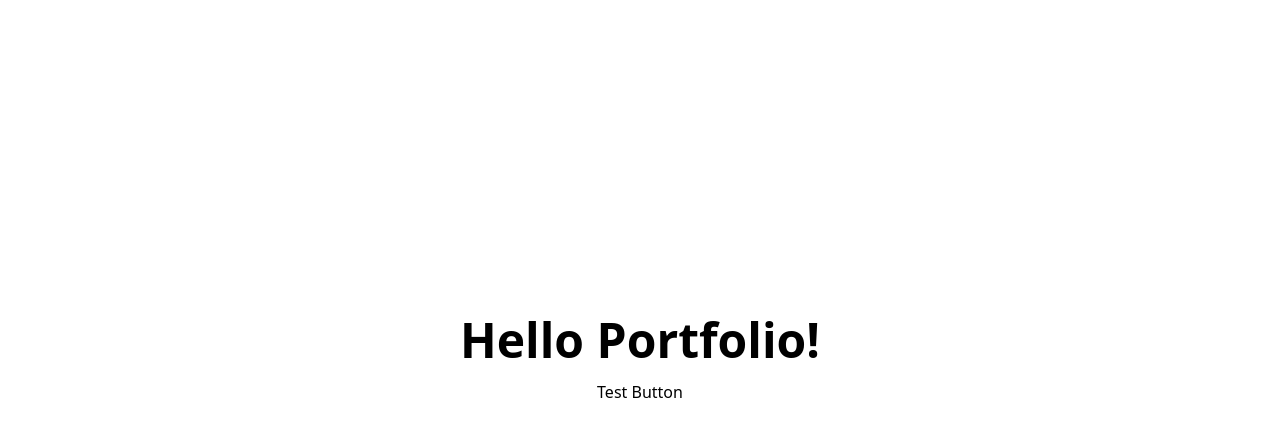
Repository: nahid-hasann/portfolio
Page: /
These files come from the project's save history. The page is drawn as it stood at one moment and after the next save; the edit follows.
The browser window is 1280 px wide. The pictures show the whole page.
The project was rebuilt for these pictures with package versions that can differ from the ones it lists, and the page was loaded fresh each time. Also part of the build but not shown: vite.config.js.

Above is the page before, as saved 2026-01-05 14:19:34.

### src/main.jsx
import { StrictMode } from 'react'
import { createRoot } from 'react-dom/client'
import './index.css'
import App from './App.jsx'
import {
  createBrowserRouter,
  RouterProvider,
} from "react-router-dom";

const router = createBrowserRouter([
  {
    path: "/",
    element: <div>Hello World</div>,
  },
]);



createRoot(document.getElementById('root')).render(
  <StrictMode>
    <App />
  </StrictMode>,
)

### src/App.jsx
import React from 'react';

const App = () => {
  return (
    <div className="min-h-screen flex justify-center items-center bg-base-200">
      <div className="text-center">
        <h1 className="text-5xl font-bold text-yello mb-4">Hello Portfolio!</h1>
        <button className="btn btn-secondary">Test Button</button>
      </div>
    </div>
  );
};

export default App;

### tailwind.config.js
/** @type {import('tailwindcss').Config} */
export default {
    content: [
        "./index.html",
        "./src/**/*.{js,ts,jsx,tsx}",
    ],
    theme: {
        extend: {},
    },
    plugins: [
        require('daisyui'),
    ],
  }

Loaded but not shown: index.html (common file); src/index.css (common file)

After the next save:
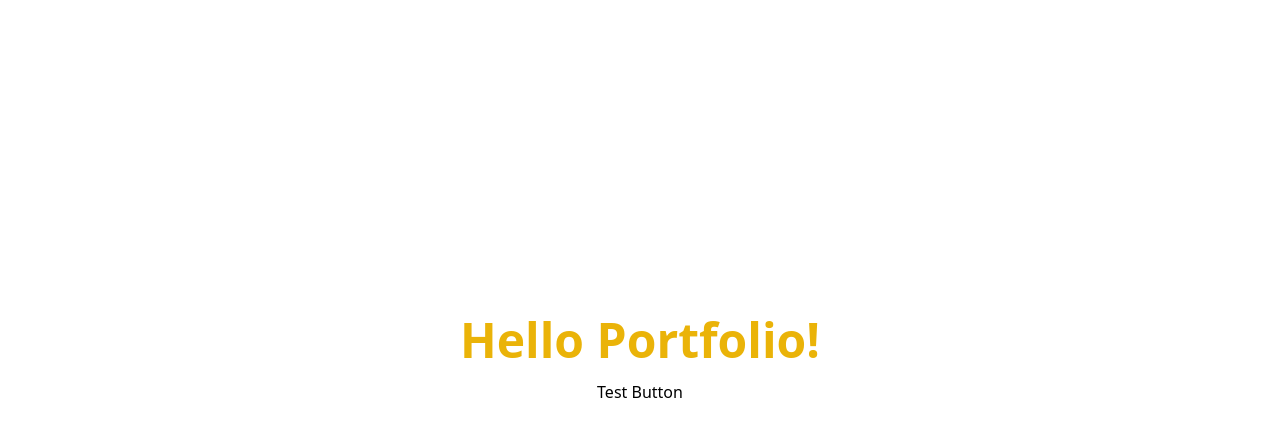
Saved 4 s later.
--- a/src/App.jsx
+++ b/src/App.jsx
@@ -4,7 +4,7 @@ const App = () => {
   return (
     <div className="min-h-screen flex justify-center items-center bg-base-200">
       <div className="text-center">
-        <h1 className="text-5xl font-bold text-yello mb-4">Hello Portfolio!</h1>
+        <h1 className="text-5xl font-bold text-yellow-500 mb-4">Hello Portfolio!</h1>
         <button className="btn btn-secondary">Test Button</button>
       </div>
     </div>
